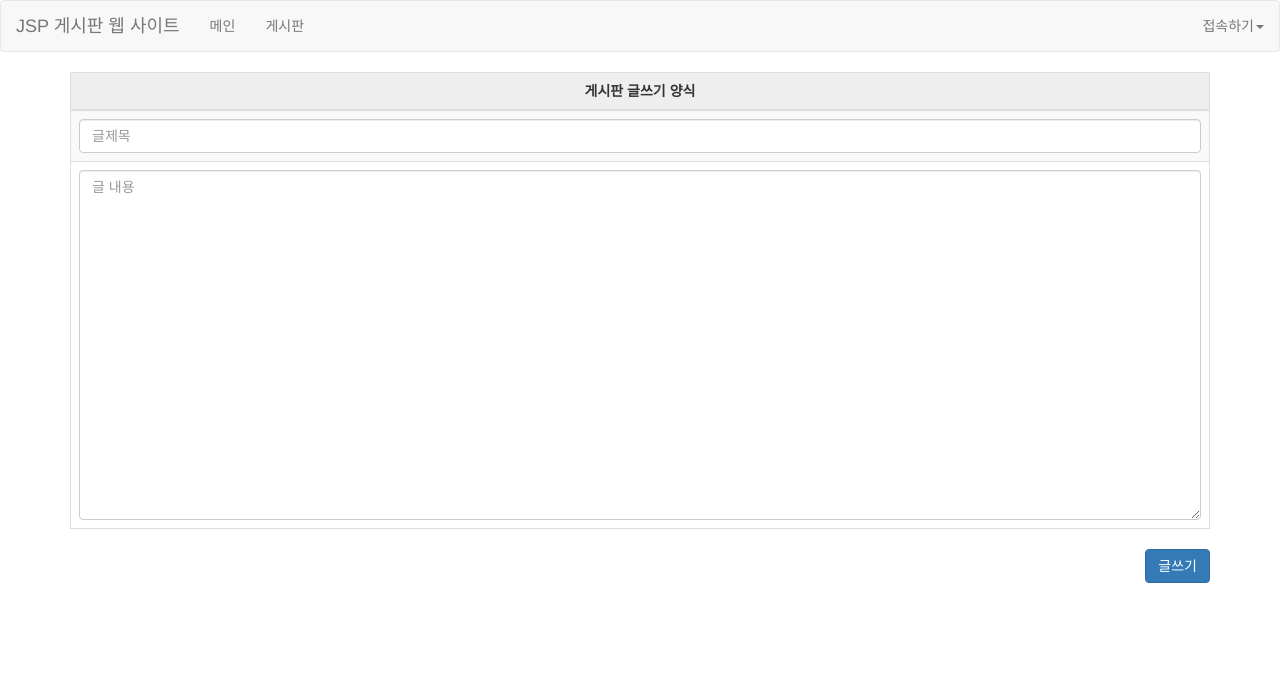
Repository: asdf130700/JSP
Page: http://localhost/BBS/write.jsp
The author's editor kept a copy of each file at every save. The page is drawn from the files as they stood at one save, then again after the next save.
The browser window is 1280 px wide. The pictures show the whole page.
Some web libraries are served in a nearby version. The page is served by Tomcat 9. Other server files are loaded and not shown.

Above is the page before, as saved 2020-12-02 07:49:43.

### BBS/WebContent/write.jsp
<%@ page language="java" contentType="text/html; charset=UTF-8"
    pageEncoding="UTF-8"%>
<!DOCTYPE html>
<html>
<head>
<meta http-equiv="Content-Type" content="text.html; charset=UTF-8">
<meta name="viewport" content="width=device-width", initial-scale="1">
<link rel="stylesheet" href="css/bootstrap.css">
<title>JSP 게시판 웹 사이트</title>
</head>
<body>
	<nav class="navbar navbar-default">
	<div class="navbar-header">
	<button type="button" class="navbar-toggle collapsed"
	data-toggle="collapse" data-target="#bs-example-navbar-collapse-1"
	aria-expanded="flase">
	<span class="icon-bar"></span>
		<span class="icon-bar"></span>
			<span class="icon-bar"></span>
	</button>
	<a class="navbar-brand" href="main.jsp">JSP 게시판 웹 사이트</a>
	</div>
	<div class="collapse navbar-collapse" id="bs-example-navbar-collapse-1">
	<ul class="nav navbar-nav">
	<li><a href="main.jsp">메인</a></li>
		<li><a href="bbs.jsp">게시판</a></li>
	</ul>
	<ul class="nav navbar-nav navbar-right">
	<li class="dropdown">
		<a href="#" class="dropdwon-toggle"
		data-toggle="dropdown" role="button" aria-haspopup="true"
		aria-expanded="false">접속하기<span class="caret"></span></a>
	<ul class="dropdown-menu">
		<li class="active"><a href="login.jsp">로그인</a><li>
		<li><a href="join.jsp">회원가입</a></li>
	</ul>
	</li>
	</ul>
	</div>
	</nav>
	<div class ="container">
		<div class="row>">
		<form method="post" action="writeAction.jsp">
			<table class="table table-striped" style="text-align: center; border: 1px solid #dddddd">
			<thead>
				<tr>
					<th collsapn="2" style="background-color: #eeeeee; text-align: center;">게시판 글쓰기 양식</th>
				</tr>
			</thead>
			<tbody>
				<tr>
				<td><input type="text" class="form-control" placeholder="글제목" name="bbsTitle" maxlength="50"></td>
				</tr>
				<tr>
				<td><textarea type="text" class="form-control" placeholder="글 내용" name="bbsContent" maxlength="2048" style="height:350px"></textarea></td>
				</tr>
			</tbody>
			</table>
						<input type="submit" class="btn btn-primary pull-right" value="글쓰기">
			</form>
		</div>
	</div>
	<script src="http://code.jquery.com/jquery-3.1.1.min.js"></script>
	<script src="js/bootstrap.js"></script>
</body>
</html>

Loaded but not shown: BBS/WebContent/css/bootstrap.css (library); BBS/WebContent/js/bootstrap.js (library)

After the next save:
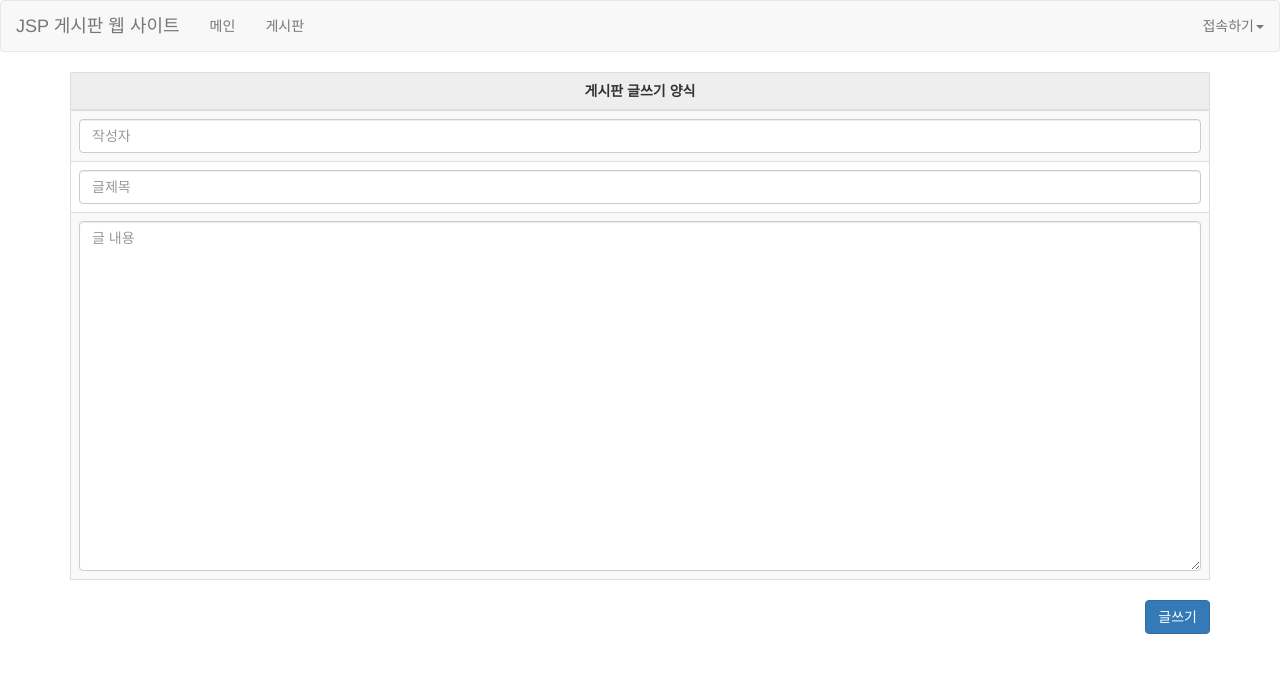
Saved 7 s later.
--- a/BBS/WebContent/write.jsp
+++ b/BBS/WebContent/write.jsp
@@ -49,6 +49,9 @@
 			</thead>
 			<tbody>
 				<tr>
+				<td><input type="text" class="form-control" placeholder="작성자" name="bbsID" maxlength="50"></td>
+				</tr>
+				<tr>
 				<td><input type="text" class="form-control" placeholder="글제목" name="bbsTitle" maxlength="50"></td>
 				</tr>
 				<tr>
